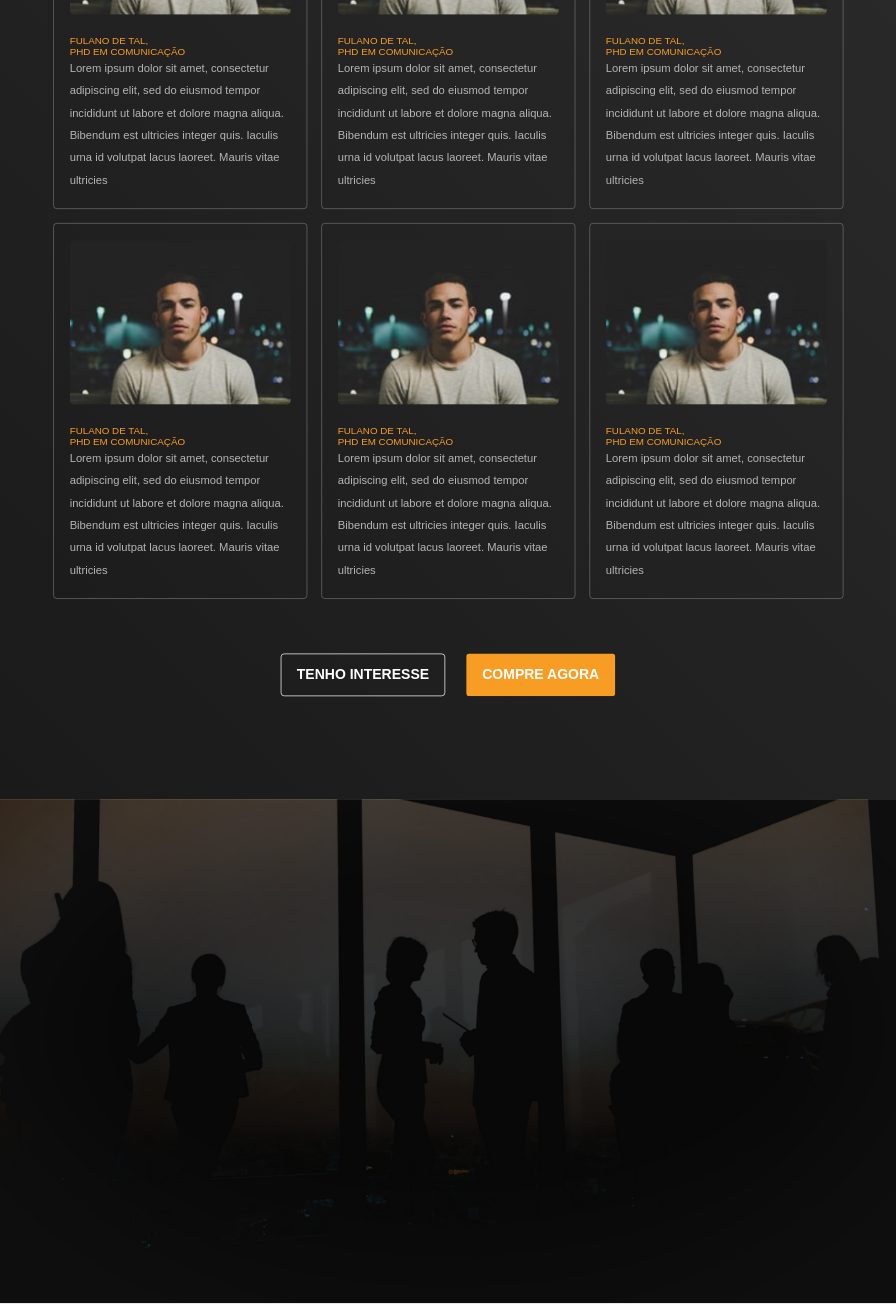
Repository: Rafael-Araujo-dev/Treinamento-Raccoon
Page: Projeto-2/index.html
An editor plug-in stored every save of this project. The page is shown before and after the next save, followed by the edit.
The browser window is 1280 px wide. The pictures show the part of the page from y = 2861 to 4781 px (the page is 4727 px tall before and 4781 px after), at 70% of full size.
Backgrounds fixed to the window are drawn as part of the page. Some web fonts or font styles are not loaded; a fallback is used.

Above is the page before, as saved 2021-10-04 09:43:26.

After the next save:
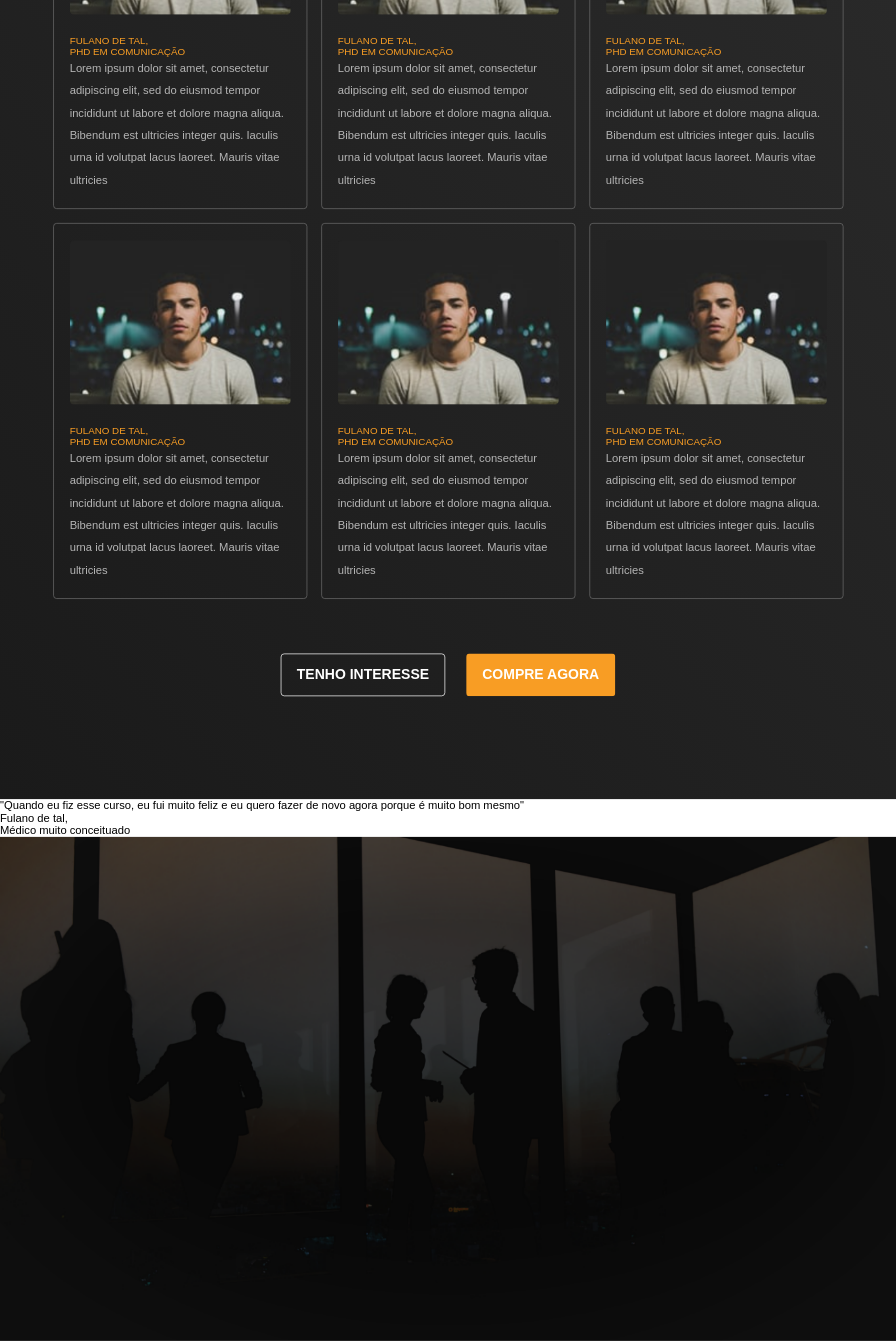
Saved 99 s later.
--- a/Projeto-2/index.html
+++ b/Projeto-2/index.html
@@ -367,7 +367,11 @@
                 <div class="carousel-inner">
                     <div class="carousel-item">
                         <p class="text">
-
+                            "Quando eu fiz esse curso, eu fui muito feliz e eu quero fazer de novo agora porque é muito bom mesmo"
+                            <p class="credits">
+                                Fulano de tal,<br>
+                                Médico muito conceituado
+                            </p>
                         </p>
                         <img class="image" src="./images/opinion.png"/>
                     </div>
